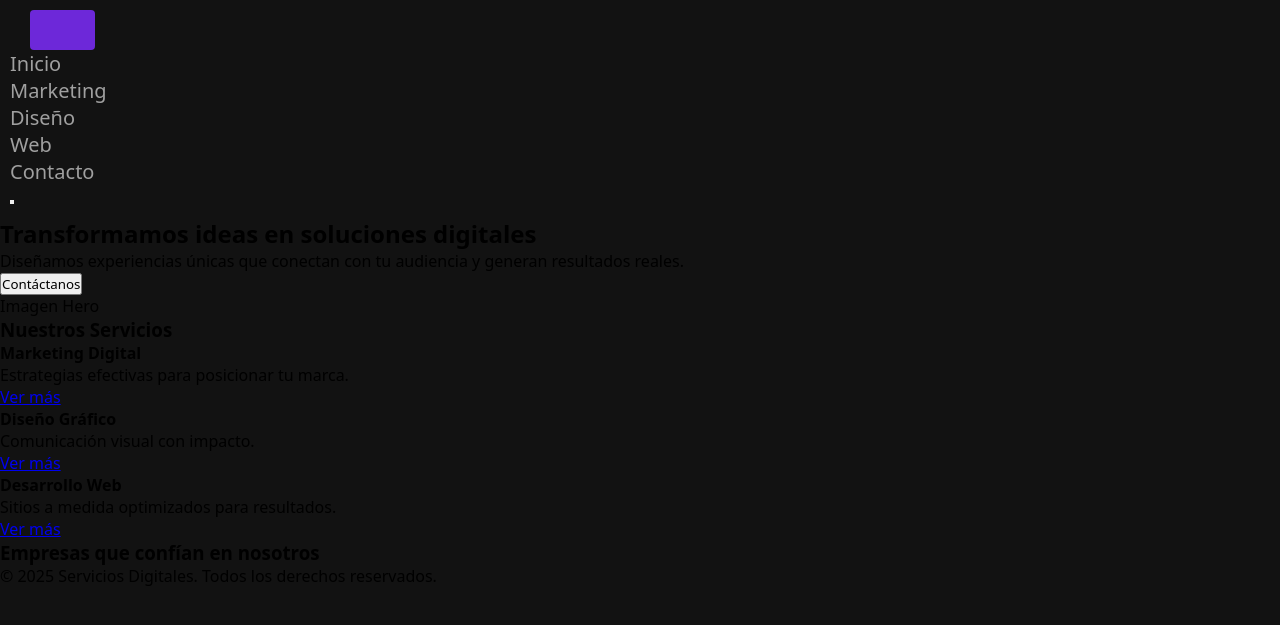
Repository: santinogarrone/TrabajoAgustin
Page: html/index.html
An editor plug-in stored every save of this project. The page is shown before and after a run of saves, followed by the edit.
The browser window is 1280 px wide. The pictures show the whole page.

Above is the page before, as saved 2025-05-02 11:48:57.

After the next 3 saves:
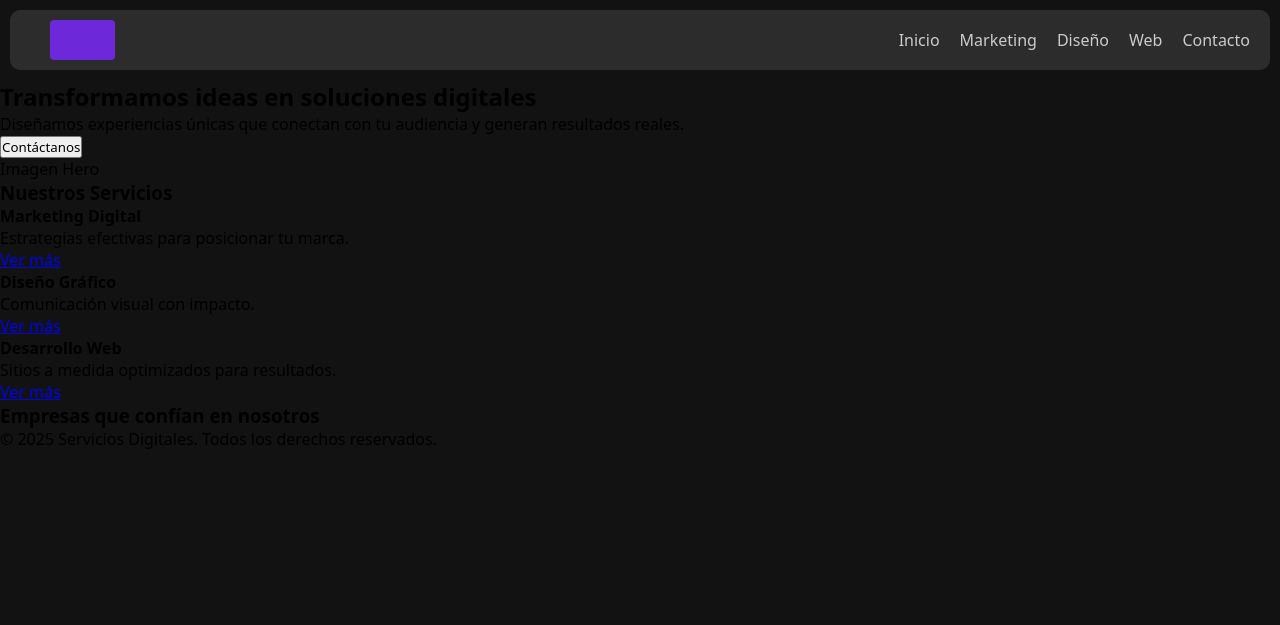
The 3 saves are shown as one change because they came seconds apart.
The last was saved 2 min 37 s later.
--- a/css/style.css
+++ b/css/style.css
@@ -26,21 +26,52 @@ header{
 }
 
 
-.nav-list{
+.nav-bar {
+    display: flex;
+    align-items: center;
+    justify-content: space-between;
+    background-color: #2c2c2c;
+    padding: 10px 20px;
+    border-radius: 10px;
+    position: relative;
+  }
+
+  /* Ícono de menú hamburguesa - oculto en desktop */
+  .menu-icon {
+    display: none;
+    flex-direction: column;
+    justify-content: space-between;
+    width: 30px;
+    height: 22px;
+    background: none;
+    border: none;
+    cursor: pointer;
+  }
+
+  .menu-line {
+    height: 4px;
+    background-color: white;
+    border-radius: 2px;
+    width: 100%;
+  }
+
+  .nav-list {
+    display: flex;
+    gap: 20px;
     list-style: none;
-    font-size: 20px;
-    gap: 40px;
-}
-
-.nav-item a{
+    margin: 0;
+    padding: 0;
+  }
+
+  .nav-item a {
+    color: #ccc;
     text-decoration: none;
-    color: var(--texto-secundario);
-    transition: all .5s ease;
-}
-
-.nav-item a:hover{
-    color: var(--texto-color);
-}
+  }
+
+  .nav-item a:hover,
+  .nav-item a:focus {
+    color: white;
+  }
 
 @media (375px >= width) {
 
